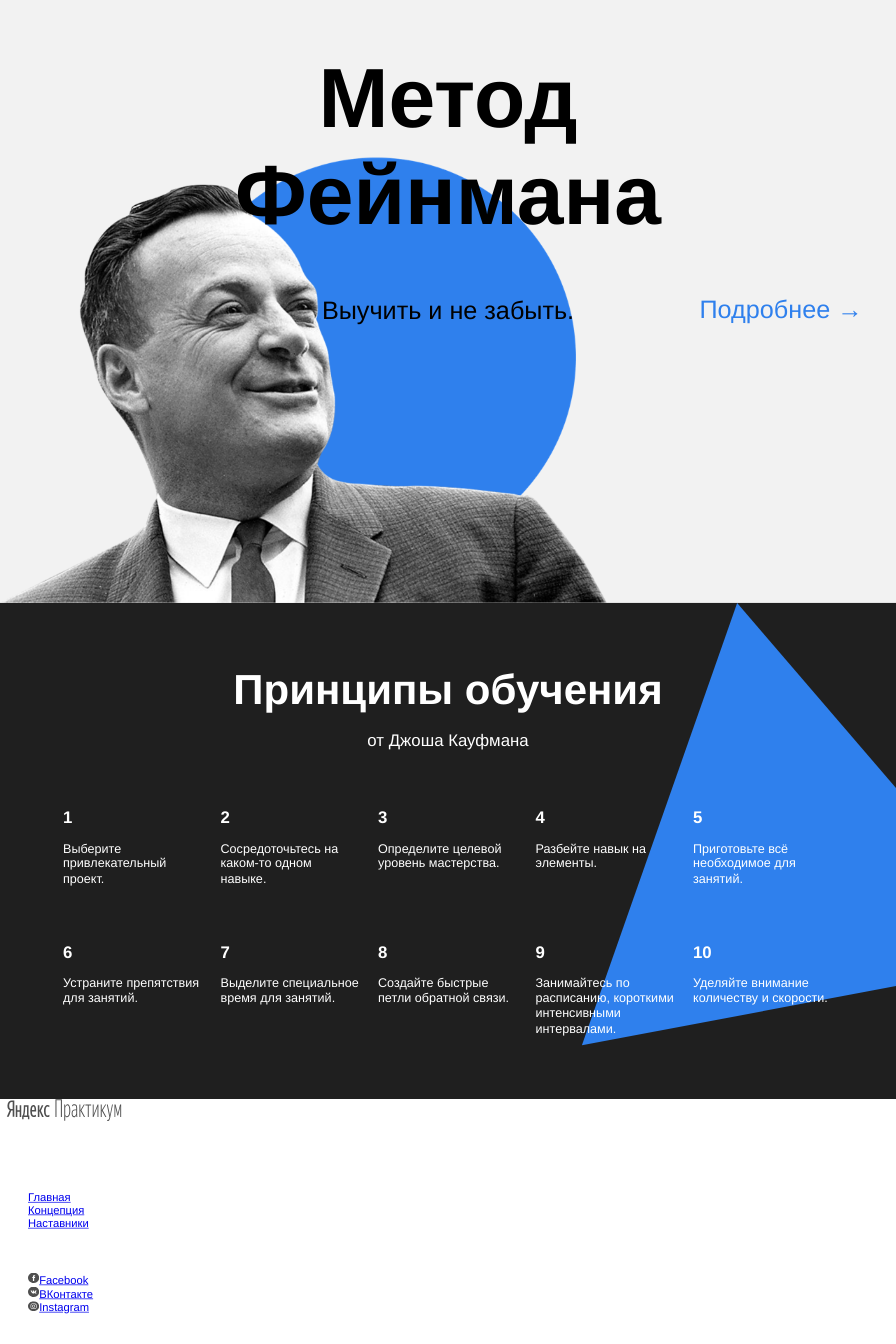
Repository: BlackMothy/how-to-learn
Page: index.html
These files come from the project's save history. The page is drawn as it stood at one moment and after a run of saves; the edit follows.
The browser window is 1280 px wide. The pictures show the part of the page from y = 2000 to 3920 px (the page is 3920 px tall), at 70% of full size.

Above is the page before, as saved 2021-11-05 23:53:47.

After the next 2 saves:
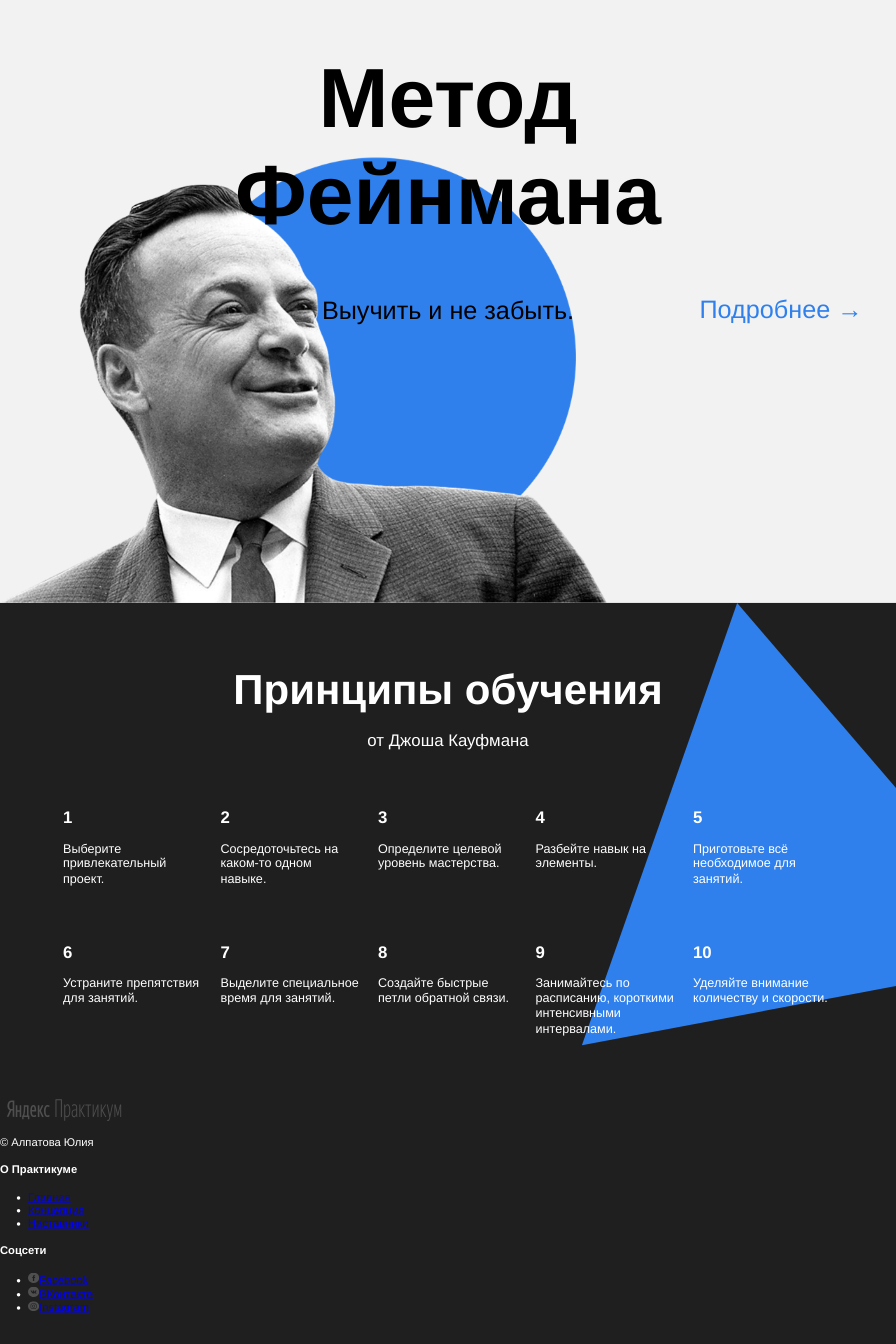
The 2 saves are shown as one change because they came seconds apart.
The last was saved 11 s later.
--- a/styles/style.css
+++ b/styles/style.css
@@ -255,7 +255,7 @@
 .footer {
   min-height: 350px;
   color: white;
-  background-color: ;
+  background-color: #1f1f1f;
 }
 
 
